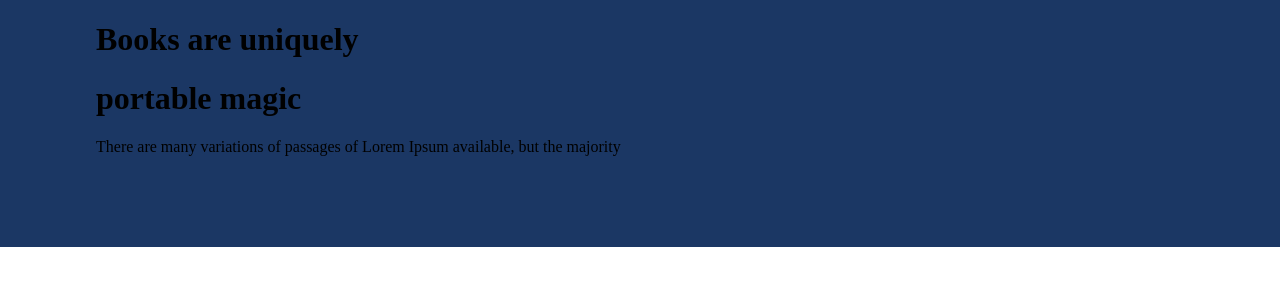
Repository: Godnorg/Class2
Page: index.html
These files come from the project's save history. The page is drawn as it stood at one moment and after a run of saves; the edit follows.
The browser window is 1280 px wide. The pictures show the whole page.

Above is the page before, as saved 2023-02-13 21:26:57.

After the next 3 saves:
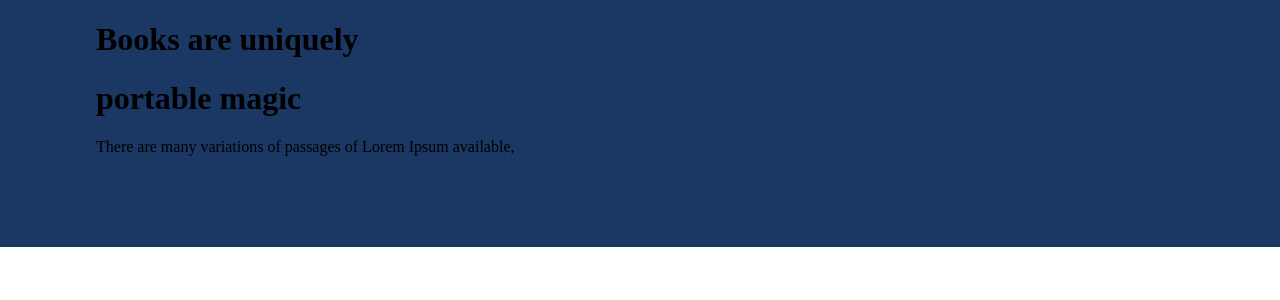
The 3 saves are shown as one change because they came seconds apart.
The last was saved 11 s later.
--- a/index.html
+++ b/index.html
@@ -17,7 +17,8 @@
             <div>
                 <h1>Books are uniquely</h1>
                 <h1>portable magic</h1>
-                <p>There are many variations of passages of Lorem Ipsum available, but the majority </p>
+                <p>There are many variations of passages of Lorem Ipsum available,</p>
+                <p></p>
             </div>
             <div>
 
